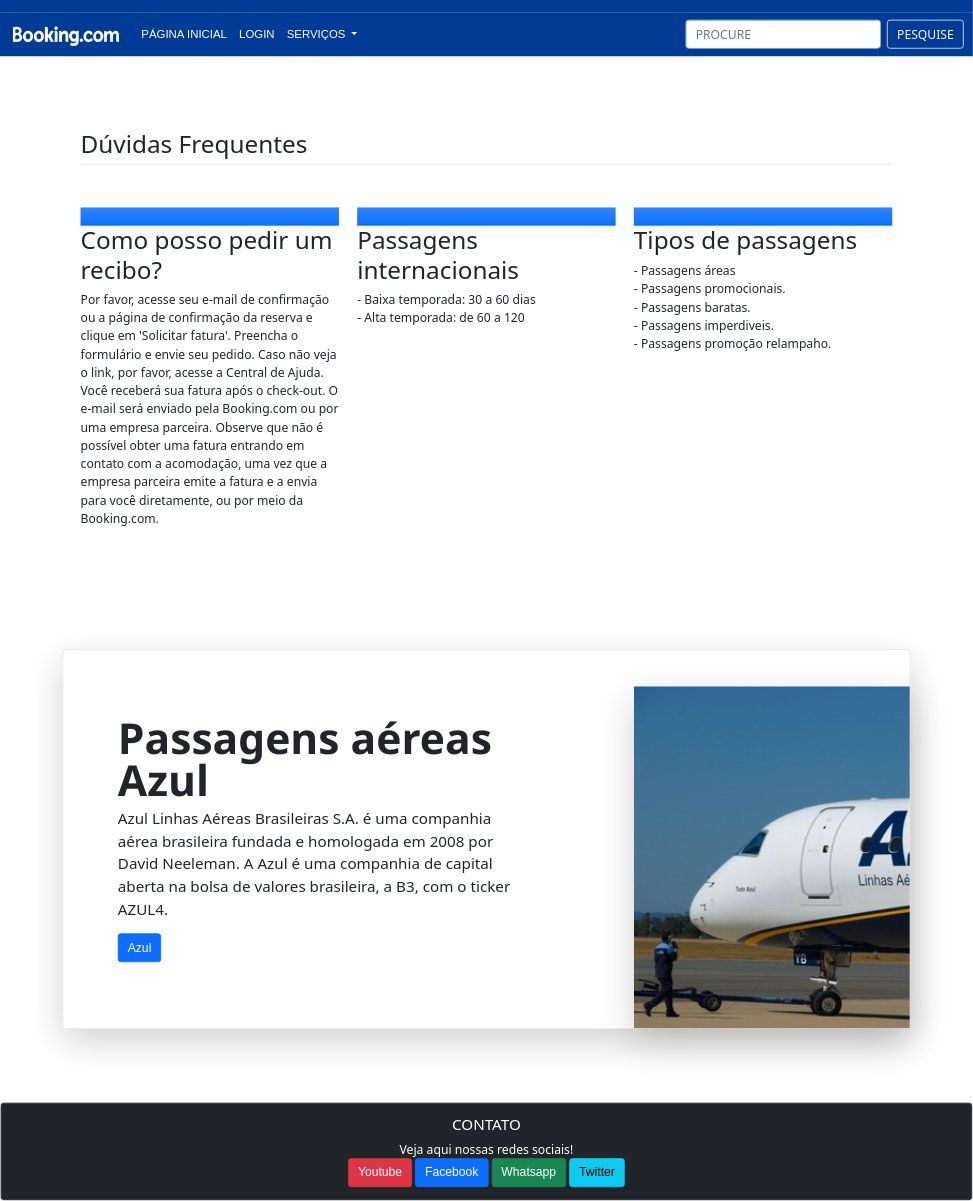
Repository: AnaLuizaDias/INB0243-
Page: faq.html
The author's editor kept a copy of each file at every save. The page is drawn from the files as they stood at one save, then again after the next save.
The browser window is 1280 px wide. The pictures show the whole page, at 76% of full size.

Above is the page before, as saved 2023-10-25 16:20:43.

After the next save:
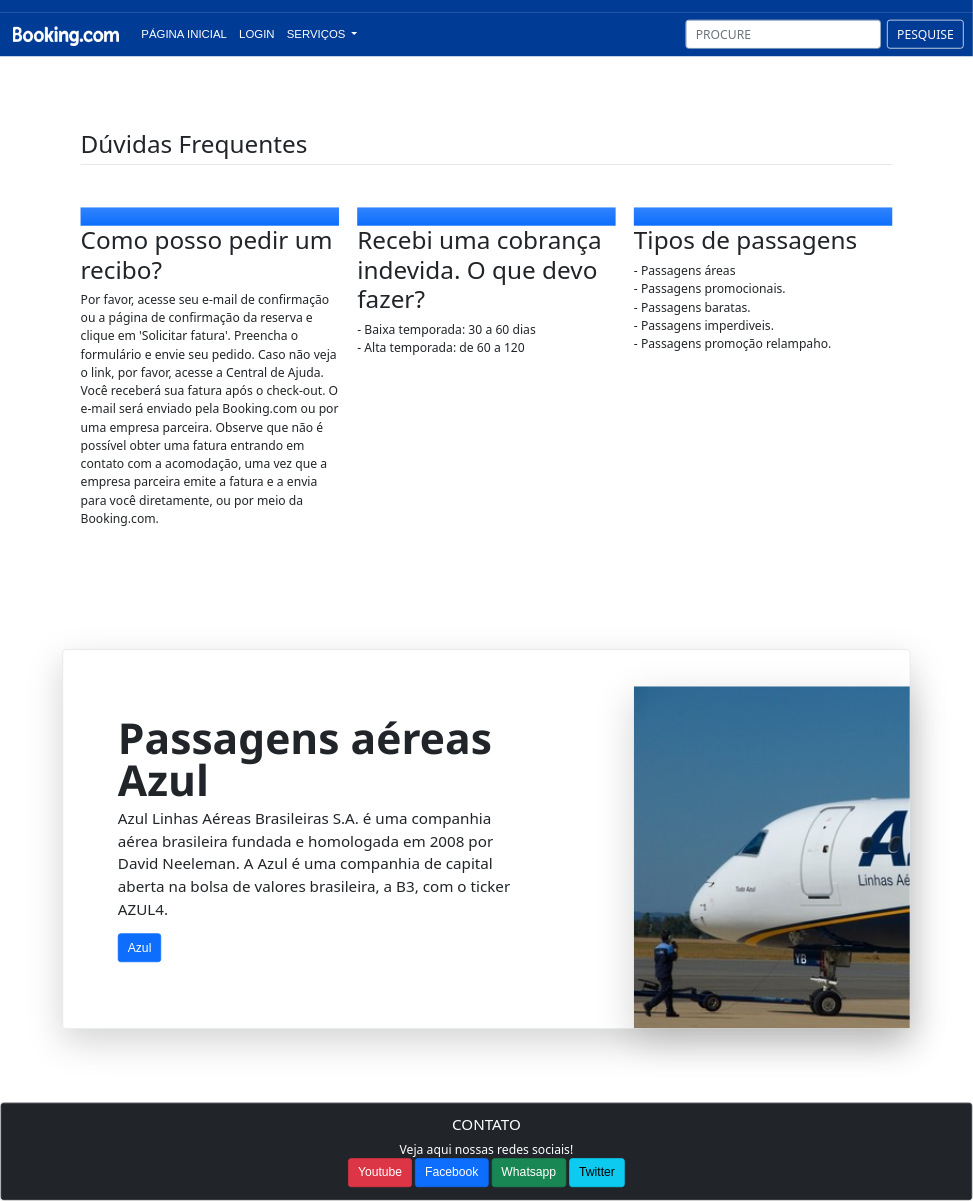
Saved 55 s later.
--- a/faq.html
+++ b/faq.html
@@ -86,7 +86,7 @@
           <div class="feature-icon bg-primary bg-gradient">
             <svg class="bi" width="1em" height="1em"><use xlink:href="#people-circle"/></svg>
           </div>
-          <h2>Passagens internacionais</h2>
+          <h2>Recebi uma cobrança indevida. O que devo fazer?</h2>
           <p> - Baixa temporada: 30 a 60 dias <br> - Alta temporada: de 60 a 120</p>
         </div>
         <div class="feature col">
